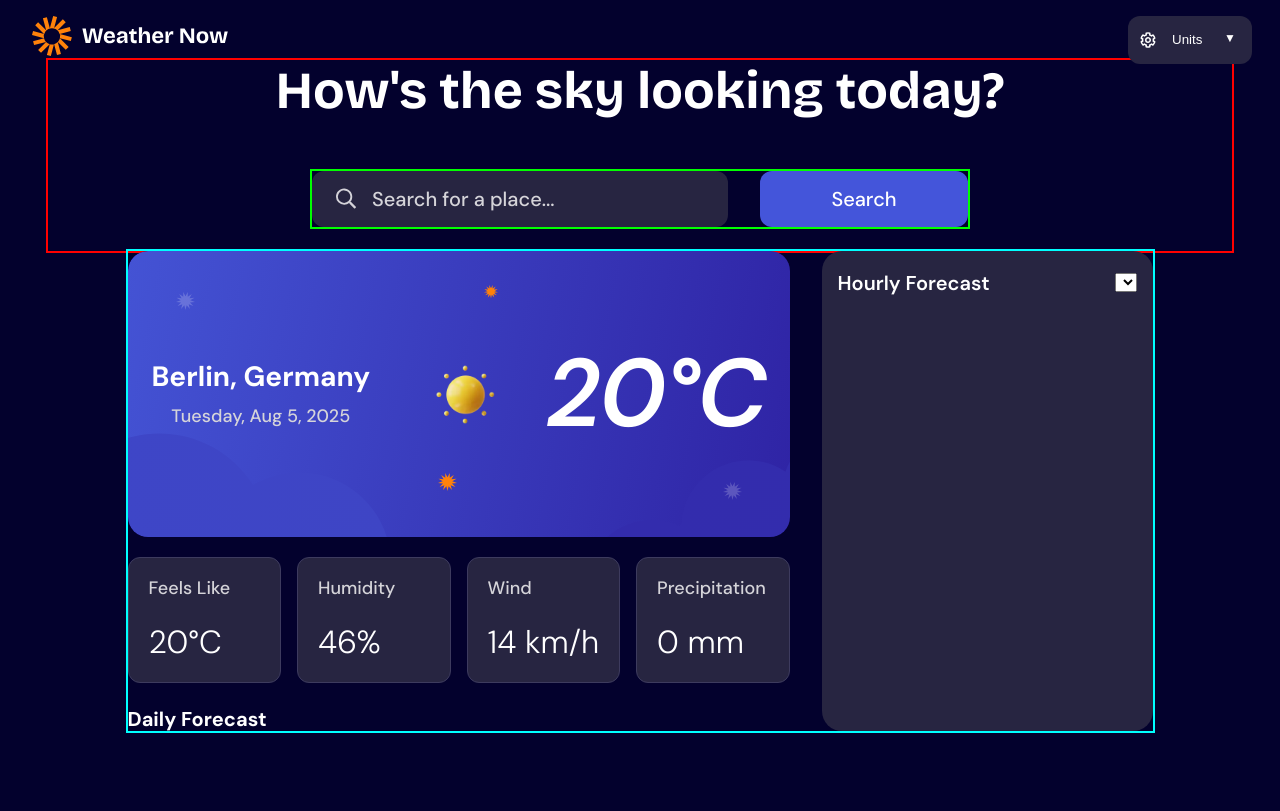
Repository: MKwaak/weather-app-main
Page: index.html
These files come from the project's save history. The page is drawn as it stood at one moment and after the next save; the edit follows.
The browser window is 1280 px wide. The pictures show the whole page.
The page's requests for data from a server got no answer.

Above is the page before, as saved 2026-01-27 00:08:06.

### index.html
<!doctype html>
<html lang="en">
  <head>
    <meta charset="UTF-8" />
    <meta name="viewport" content="width=device-width, initial-scale=1.0" />
    <!-- displays site properly based on user's device -->

    <link
      rel="icon"
      type="image/png"
      sizes="32x32"
      href="/assets/images/favicon-32x32.png"
    />

    <title>Frontend Mentor | Weather app</title>
    <link rel="stylesheet" href="/style.css" />
    <script src="/script.js" defer></script>

    <!-- Feel free to remove these styles or customise in your own stylesheet 👍 -->
    <style>
      .attribution {
        font-size: 11px;
        text-align: center;
      }
      .attribution a {
        color: hsl(228, 45%, 44%);
      }
    </style>
  </head>
  <body>
    <a href="#main" class="skip-link visually-hidden">skip to main content</a>

    <header class="header wrapper">
      <div class="header__content">
        <a class="header__homelink" href="/">
          <img
            class="header__logo"
            src="/assets/images/logo.svg"
            alt="Weather Now Home"
            width="197"
            height="40"
          />
        </a>

        <div class="header__units">
          <label for="ddlUnits" class="visually-hidden"
            >Temperature units</label
          >

          <div class="header__select">
            <select class="header__dropdown" name="units" id="ddlUnits">
              <option value="">Units</option>
              <option value="C">Celsius</option>
              <option value="F">Fahrenheit</option>
            </select>
          </div>
        </div>
      </div>
    </header>

    <main id="main" class="main wrapper">
      <section class="hero">
        <div class="hero__content">
          <h1 class="hero__title">How's the sky looking today?</h1>

          <form class="hero__search">
            <label for="search" class="visually-hidden">Search Location</label>
            <input
              type="text"
              id="search"
              class="hero__textbox"
              placeholder="Search for a place..."
            />
            <button class="hero__button" type="submit">Search</button>
          </form>
        </div>
      </section>

      <div class="dashboard">
        <section class="current">
          <h2 class="visually-hidden">Current Location Temperature</h2>

          <div class="current__content">
            <div class="current__weather">
              <div class="current__location">
                <div id="divCityCountry" class="current__city">
                  Berlin, Germany
                </div>
                <div id="divCurrentDate" class="current__date">
                  Tuesday, Aug 5, 2025
                </div>
              </div>

              <div class="current__info">
                <img
                  class="current__icon"
                  src="/assets/images/icon-sunny.webp"
                  alt=""
                  width="320"
                  height="320"
                />
                <div id="divCurrentTemp" class="current__temp">
                  <span>20</span>°C
                </div>
              </div>
            </div>

            <div class="current__conditions">
              <div class="block current__condition">
                <p class="current__condition-title">Feels Like</p>
                <p id="feels-like" class="current__condition-value">20°C</p>
              </div>

              <div class="block current__condition">
                <p class="current__condition-title">Humidity</p>
                <p id="humidity" class="current__condition-value">46%</p>
              </div>

              <div class="block current__condition">
                <p class="current__condition-title">Wind</p>
                <p id="wind" class="current__condition-value">14 km/h</p>
              </div>

              <div class="block current__condition">
                <p class="current__condition-title">Precipitation</p>
                <p id="precipitation" class="current__condition-value">0 mm</p>
              </div>
            </div>
          </div>
        </section>

        <section class="daily">
          <h2 class="section__title daily__title">Daily Forecast</h2>
          <div class="daily__forecast" id="dailyForecast"></div>
        </section>

        <section class="hourly">
          <div class="hourly__content">
            <div class="hourly__header">
              <h2 class="section__title hourly__title">Hourly Forecast</h2>
              <label for="hourlyDay" class="visually-hidden">Select day</label>
              <select
                name="hourly-day"
                id="hourlyDay"
                class="hourly__timeframe-select"
              >
                <!-- JS will inject current day -->
              </select>
            </div>

            <div class="hourly__hours" id="hourlyForecast">
              <!-- JS will inject hourly blocks here -->
            </div>
          </div>
        </section>
      </div>
    </main>
  </body>
</html>

### style.css
@layer global {
  /* dm-sans-300 - latin */
  @font-face {
    font-display: swap; /* Check https://developer.mozilla.org/en-US/docs/Web/CSS/@font-face/font-display for other options. */
    font-family: "DM Sans";
    font-style: normal;
    font-weight: 300;
    src: url("/assets/fonts/dm-sans-v17-latin-300.woff2") format("woff2"); /* Fixed path */
  }
  /* dm-sans-500 - latin */
  @font-face {
    font-display: swap; /* Check https://developer.mozilla.org/en-US/docs/Web/CSS/@font-face/font-display for other options. */
    font-family: "DM Sans";
    font-style: normal;
    font-weight: 500;
    src: url("/assets/fonts/dm-sans-v17-latin-500.woff2") format("woff2"); /* Fixed path */
  }
  /* dm-sans-600 - latin */
  @font-face {
    font-display: swap; /* Check https://developer.mozilla.org/en-US/docs/Web/CSS/@font-face/font-display for other options. */
    font-family: "DM Sans";
    font-style: normal;
    font-weight: 600;
    src: url("/assets/fonts/dm-sans-v17-latin-600.woff2") format("woff2"); /* Fixed path */
  }
  /* dm-sans-600italic - latin */
  @font-face {
    font-display: swap; /* Check https://developer.mozilla.org/en-US/docs/Web/CSS/@font-face/font-display for other options. */
    font-family: "DM Sans";
    font-style: italic;
    font-weight: 600;
    src: url("/assets/fonts/dm-sans-v17-latin-600italic.woff2") format("woff2"); /* Fixed path */
  }
  /* dm-sans-700 - latin */
  @font-face {
    font-display: swap; /* Check https://developer.mozilla.org/en-US/docs/Web/CSS/@font-face/font-display for other options. */
    font-family: "DM Sans";
    font-style: normal;
    font-weight: 700;
    src: url("/assets/fonts/dm-sans-v17-latin-700.woff2") format("woff2"); /* Fixed path */
  }

  /* bricolage-grotesque-regular - latin */
  @font-face {
    font-display: swap; /* Check https://developer.mozilla.org/en-US/docs/Web/CSS/@font-face/font-display for other options. */
    font-family: "Bricolage Grotesque";
    font-style: normal;
    font-weight: 400;
    src: url("/assets/fonts/bricolage-grotesque-v9-latin-regular.woff2")
      format("woff2"); /* Fixed path */
  }
  /* bricolage-grotesque-700 - latin */
  @font-face {
    font-display: swap; /* Check https://developer.mozilla.org/en-US/docs/Web/CSS/@font-face/font-display for other options. */
    font-family: "Bricolage Grotesque";
    font-style: normal;
    font-weight: 700;
    src: url("/assets/fonts/bricolage-grotesque-v9-latin-700.woff2")
      format("woff2"); /* Fixed path */
  }

  :root {
    --c-neutral-900: hsl(243, 96%, 9%);
    --c-neutral-800: hsl(243, 27%, 20%);
    --c-neutral-700: hsl(243, 23%, 24%);
    --c-neutral-600: hsl(243, 23%, 30%);
    --c-neutral-300: hsl(240, 6%, 70%);
    --c-neutral-200: hsl(250, 6%, 84%);
    --c-neutral-0: hsl(0, 0%, 100%);
    --c-orange-500: hsl(28, 100%, 52%);
    --c-blue-500: hsl(233, 67%, 56%);
    --c-blue-700: hsl(248, 70%, 36%);

    --color-main-bg: var(--c-neutral-900);
    --color-panel-bg-dark: var(--c-neutral-800);
    --color-panel-bg-dark-hover: var(--c-neutral-700);
    --color-panel-bg-medium: var(--c-neutral-700);
    --color-panel-bg-light: var(--c-neutral-600);
    --color-panel-border: var(--c-neutral-600);
    --color-text-light: var(--c-neutral-0);
    --color-text-med-light: var(--c-neutral-200);
    --color-button-bg: var(--c-blue-500);
    --color-button-bg-hover: var(--c-blue-700);

    --fs-96: calc(96 / 16 * 1rem);
    --fs-52: calc(52 / 16 * 1rem);
    --fs-32: calc(32 / 16 * 1rem);
    --fs-28: calc(28 / 16 * 1rem);
    --fs-20: calc(20 / 16 * 1rem);
    --fs-18: calc(18 / 16 * 1rem);
    --fs-16: calc(16 / 16 * 1rem);
    --fs-14: calc(14 / 16 * 1rem);

    --font-size-h1: var(--fs-52);
    --font-size-dropdown: var(--fs-14);
    --font-size-search: var(--fs-20);
    --font-size-city: var(--fs-28);
    --font-size-date: var(--fs-18);
    --font-size-temp: var(--fs-96);
    --font-size-panel-title: var(--fs-18);
    --font-size-panel-value: var(--fs-32);
    --font-size-forecast-title: var(--fs-20);
    --font-size-forecast-day: var(--fs-18);
    --font-size-forecast-temp: var(--fs-16);
    --font-size-forecast-dropdown: var(--fs-16);
    --font-size-forecast-hour: var(--fs-20);

    @media (width >= calc(700 / 16 * 1rem)) {
      --font-size-dropdown: var(--fs-16);
    }

    --color-white: hsl(0, 0%, 100%);
    --color-light-blue: hsl(223, 64%, 98%);
    --color-light-grayish-blue: hsl(223, 23%, 93%);
    --color-dark-grayish-blue: hsl(219, 14%, 63%);
    --color-very-dark-blue: hsl(218, 23%, 16%);
    --font-family-primary: "DM Sans", sans-serif; /* Removed duplicate */
    --font-family-secondary:
      "Bricolage Grotesque", sans-serif; /* Removed duplicate */
  }

  *,
  *::before,
  *::after {
    box-sizing: border-box;
  }
  * {
    margin: 0;
  }

  img {
    max-width: 100%;
  }

  body {
    font-family: "DM Sans", Arial, Helvetica, sans-serif;
    font-weight: 500;
    background-color: var(--color-main-bg);
    color: var(--color-text-light);
    line-height: 1.2;
    padding-block-end: 80px;
  }

  h1 {
    font-family: "Bricolage Grotesque", Arial, Helvetica, sans-serif;
  }

  input,
  button,
  textarea {
    font: inherit;
    width: 100%;
    border: none;
  }

  .wrapper {
    display: grid;
    grid-template-columns: 1fr calc(100% - 32px) 1fr;

    @media (width >= calc(700 / 16 * 1rem)) {
      grid-template-columns:
        1fr min(calc(100% - 48px), calc(1216 / 16 * 1rem))
        1fr; /* Fixed placeholder */
    }

    > * {
      grid-column: 2;
    }
  } /* Added missing closing brace for @layer global */

  .visually-hidden {
    position: absolute;
    left: -10000px;
    top: auto;
    width: 1px;
    height: 1px;
    overflow: hidden;
  }

  .main {
    width: 100%;
    max-width: 1280px; /* pick a number and stick to it */
    margin-inline: auto;
    padding-inline: 24px;
  }

  .dashboard {
    display: grid;
    gap: 32px;
    grid-template-areas:
      "current"
      "daily"
      "hourly";
    @media (width >= calc(1000 / 16 * 1rem )) {
      gap: 48px 32px;
      grid-template-columns: 2fr 1fr;
      grid-template-areas:
        "current current hourly"
        "daily daily hourly";
    }
  }

  .block {
    background-color: var(--color-panel-bg-dark);
    border: 1px solid var(--color-panel-border);
    border-radius: 12px;
  }

  .visually-hidden {
    position: absolute !important;
    width: 1px;
    height: 1px;
    padding: 0;
    margin: -1px;
    overflow: hidden;
    clip: rect(0, 0, 0, 0);
    clip-path: inset(50%);
    white-space: nowrap;
    border: 0;
  }

  .skip-link:focus {
    position: absolute;
    left: 16px;
    right: 16px;
    width: auto;
    height: auto;
    margin: 0;
    clip-path: none;
    white-space: normal;
    background-color: var(--color-main-bg);
    color: var(--color-text-light);
    padding: 10px 14px;
    z-index: 1000;
  }
}

@layer component {
  .header {
    .header__content {
      display: flex;
      align-items: center;
      justify-content: space-between;
      padding-block-start: 16px;
    }

    .header__homelink {
    }
    .header__logo {
      width: calc(137 / 16 * 1rem);

      @media screen and (width >= calc(700 / 16 * 1rem)) {
        width: calc(197 / 16 * 1rem);
      }
    }

    .header__select {
      position: relative;
      width: 120px;
      height: 44px;
      overflow: visible; /* important for debugging */
    }

    .header__select::after {
      content: "▼";
      position: absolute;
      right: 12px;
      top: 50%;
      transform: translateY(-50%);
      font-size: 12px;
      color: white;
      pointer-events: none;
    }

    .header__dropdown {
      /*background-image: url("/assets/images/icon-units.svg"); This line is in HTML */
      appearance: none;
      -webkit-appearance: none;
      -moz-appearance: none;

      height: 48px;
      padding: 0 1rem 0 2.75rem;
      line-height: 48px;

      background-color: var(--color-panel-bg-dark);
      background-image: url("/assets/images/icon-units.svg");
      background-repeat: no-repeat;
      background-position: 0.75rem center;
      background-size: 16px;

      color: var(--color-text-light);
      border: none;
      border-radius: 12px;
      cursor: pointer;
    }
  }

  .hero {
    .hero__content {
      display: grid;
      width: 100%;
      max-width: 1200px; /* Match dit met de max-width van je dashboard */
      margin: 0 auto;
      padding-inline: 0; /* Verwijder padding die de search-bar kan inklemmen */
    }
    .hero__title {
      font-size: var(--font-size-h1);
      margin-block-end: 48px;
      text-align: center;
      line-height: 1.2;

      @media (width < calc(1000 / 16 * 1rem)) {
        max-width: 15ch;
      }
    }

    /* Hero search container */
    .hero__search {
      display: grid;
      grid-template-columns: 1fr; /* Mobiel: alles onder elkaar */
      gap: 16px;

      width: 100%;
      max-width: 1200px; /* DIT zorgt voor de uitlijning met het dashboard */
      margin-inline: auto; /* DIT zorgt dat de zoekbalk netjes in het midden blijft staan */

      @media (min-width: calc(1000 / 16 * 1rem)) {
        /* Laptop: exact dezelfde kolommen en gap als je dashboard */
        grid-template-columns: 2fr 1fr;
        gap: 32px;
        align-items: stretch;
      }
    }

    /* Input box */
    .hero__textbox {
      appearance: none;
      -webkit-appearance: none;

      background-color: var(--color-panel-bg-dark);
      background-image: url("/assets/images/icon-search.svg");
      background-repeat: no-repeat;
      background-position: 24px center;
      color: var(--color-text-light);
      font-size: var(--font-size-search);
      padding: 16px 20px 16px 60px;
      border: none;
      border-radius: 12px;
      width: 100%; /* fill available space in grid */
      box-sizing: border-box; /* include padding in width */
    }

    /* remove default focus outline */
    .hero__textbox:focus {
      outline: none;
    }

    /* accessible keyboard focus */
    .hero__textbox:focus-visible {
      box-shadow: 0 0 0 2px var(--color-panel-border);
    }

    /* placeholder text */
    .hero__textbox::placeholder {
      color: var(--color-text-med-light);
    }

    /* hover */
    .hero__textbox:hover {
      background-color: var(--color-panel-bg-dark-hover);
    }

    .hero__textbox:-webkit-autofill {
      -webkit-box-shadow: 0 0 0 1000px var(--color-panel-bg-dark) inset;
      -webkit-text-fill-color: var(--color-text-light);
    }

    /* Search button */
    .hero__button {
      background-color: var(--c-blue-500);
      border-radius: 12px;
      font-size: var(--font-size-search);
      color: var(--color-text-light);
      padding: 16px 24px; /* keep top/bottom padding */
      transition: background-color 120ms ease-in-out;
      height: 100%; /* match input height when side-by-side */
    }

    .hero__button:hover {
      /* Fixed nested selector */
      background-color: var(--color-button-bg-hover);
      cursor: pointer;
    }
  }

  .current {
    grid-area: current;

    .current__weather {
      display: flex;
      flex-direction: column;
      gap: 16px;
      margin-block-end: 20px;
      padding: 40px 24px;
      background-image: url(/assets/images/bg-today-small.svg);
      background-repeat: no-repeat;
      background-color: var(--c-blue-700);
      background-size: cover;
      background-position: center-bottom;
      border-radius: 20px;
      overflow: hidden;

      @media (width >= calc(700 / 16 * 1rem)) {
        flex-direction: row;
        justify-content: space-between;
        align-items: center;
        background-image: url(/assets/images/bg-today-large.svg);
        padding-block: 83px;
      }
    }

    .current__location {
      text-align: center;
    }

    .current__city {
      font-size: var(--font-size-city);
      font-weight: 700;
      margin-block-end: 12px;
    }

    .current__date {
      font-size: var(--font-size-date);
      color: var(--color-text-med-light);
    }

    .current__info {
      display: flex;
      align-items: center;
      gap: 20px;
    }

    .current__icon {
      width: 120px;
      height: auto;
    }

    .current__temp {
      font-size: var(--font-size-temp);
      line-height: 1;
      letter-spacing: -0.02em;
      font-weight: 600;
      font-style: italic;
    }

    .current__conditions {
      display: grid;
      grid-template-columns: repeat(2, 1fr);
      gap: 16px;

      @media (width >= calc(700 / 16 * 1rem)) {
        grid-template-columns: repeat(4, 1fr);
      }

      .current__condition {
        padding: 20px;
      }

      .current__condition-title {
        font-size: var(--font-size-panel-title);
        color: var(--color-text-med-light);
        margin-block-end: 24px;
      }

      .current__condition-value {
        font-size: var(--font-size-panel-value);
        font-weight: 300;
      }
    }
  }

  .daily {
    grid-area: daily;
  }

  .daily__title {
    font-size: var(--font-size-forecast-title);
  }

  .daily__forecast {
    display: grid;
    grid-template-columns: repeat(3, 1fr);
    gap: 16px;

    @media (width >= calc(700 / 16 * 1rem)) {
      grid-template-columns: repeat(7, 1fr);
    }
  }

  .daily__day {
    display: grid;
    justify-items: center;
    gap: 16px;
    padding: 16px 10px;
    text-align: center;
  }

  .daily__day-title {
    font-size: var(--font-size-forecast-day);
  }

  .daily__day-icon {
    width: 60px;
    height: auto;
  }

  .daily__day-temps {
    display: flex;
    justify-content: space-between;
    font-size: var(--font-size-forecast-temp);
    justify-self: stretch;
    /*width: 100%;*/
  }

  .daily__day-high {
  }

  .daily__day-low {
    color: var(--color-text-med-light);
  }
}

.hourly {
  grid-area: hourly;
  display: flex;
  flex-direction: column;
  height: 100%; /* 👈 allow full grid height */
  background-color: var(--color-panel-bg-dark);
  border-radius: 20px;
  padding: 20px 16px;
}

.hourly__header {
  display: flex;
  justify-content: space-between;
  align-items: center;
  margin-block-end: 16px;
}

.hourly__title {
  font-size: var(--font-size-forecast-title);
  font-weight: 600;
}

.hourly__select {
}

.hourly__select-day {
}

/* Hourly container */
.hourly__hours {
  flex: 1; /* fill remaining height of .hourly */
  display: flex;
  flex-direction: column; /* stack vertically */
  gap: 12px; /* spacing between hour blocks */
  overflow-y: auto; /* scroll if too many hours */
  padding-right: 4px; /* optional for scrollbar spacing */
}

/* Hourly blocks */
.hourly__hour {
  display: grid;
  grid-template-columns: auto 1fr auto; /* icon | time | temp */
  align-items: center;
  padding: 12px 16px; /* slightly bigger padding for height */
  background-color: var(--color-panel-bg-medium);
  border: 1px solid var(--color-panel-border);
  border-radius: 8px;

  flex: 1 1 0; /* 👈 make each hour block grow equally */
  min-height: 60px; /* optional, keeps them readable */
}

.hourly__hour-icon {
  width: 32px;
  height: 32px;
}

.hourly__hour-time {
  text-align: left;
}

.hourly__hour-temp {
  text-align: right;
}

/* Highlight current hour */
.hourly__hour.current {
  border: 2px solid var(--color-accent);
  background-color: var(--color-panel-bg-light);
}

/* Dashboard wrapper */
.dashboard {
  display: grid;
  row-gap: 24px; /* vertical spacing between panels */
  column-gap: 32px; /* horizontal spacing between columns */
  max-width: 1200px; /* ✅ keeps dashboard centered and not full-width */
  margin: 0 auto; /* center horizontally */
  grid-template-areas:
    "current"
    "daily"
    "hourly";
}

@media (width >= calc(1000 / 16 * 1rem)) {
  .dashboard {
    grid-template-columns: 2fr 1fr; /* left = daily/current, right = hourly */
    grid-template-areas:
      "current hourly"
      "daily   hourly";
  }
}

/* Hero search tweaks */
.hero__search {
  max-width: calc(656 / 16 * 1rem);
  margin: 0 auto 24px auto; /* center horizontally + gap below */
}
.hero__content {
  outline: 2px solid red !important;
}
.hero__search {
  outline: 2px solid lime !important;
}
.dashboard {
  outline: 2px solid cyan !important;
}

Loaded but not shown: script.js (391 lines, source omitted)

After the next save:
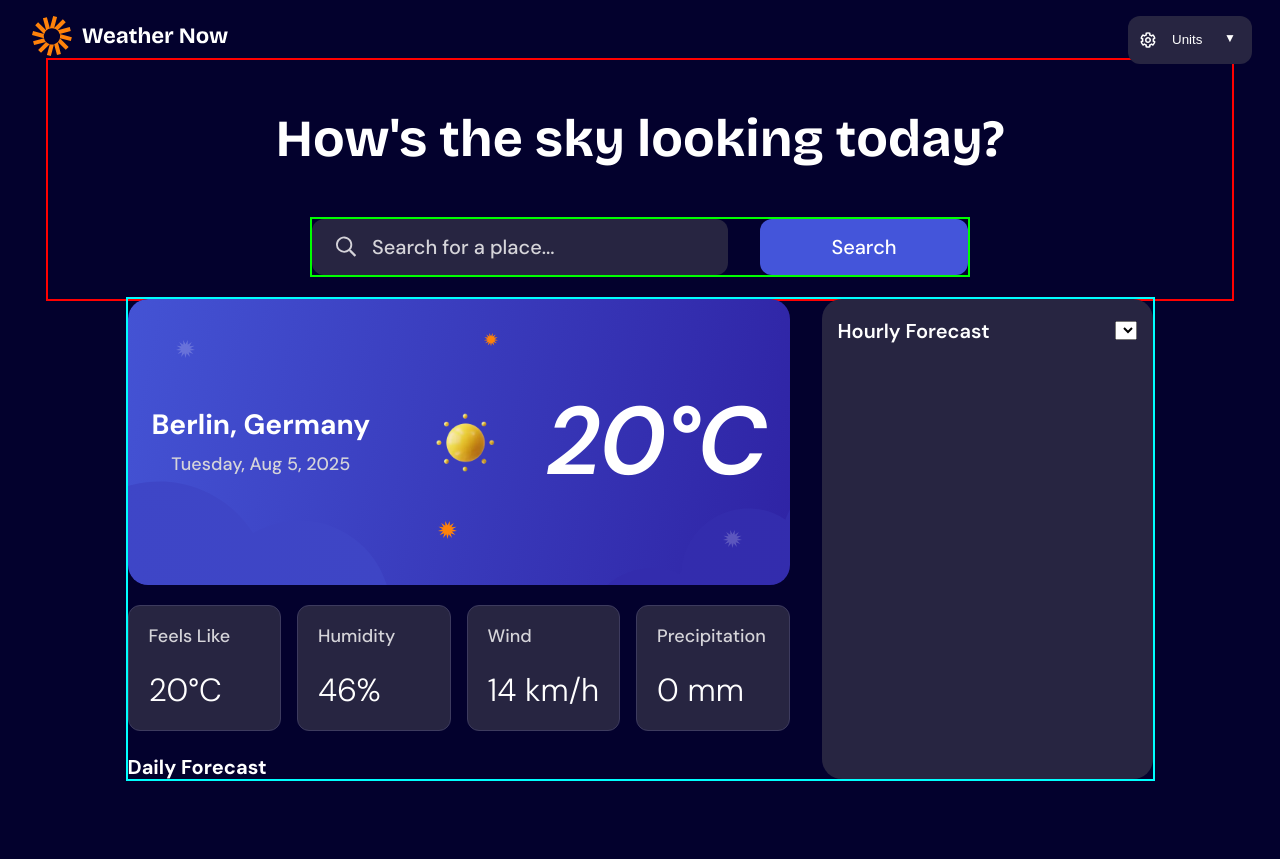
Saved 12 min 11 s later.
--- a/style.css
+++ b/style.css
@@ -298,11 +298,11 @@
   .hero {
     .hero__content {
       display: grid;
+      justify-items: stretch; /* Dwingt kinderen om breedte te pakken */
+      padding-block-start: 48px;
       width: 100%;
-      max-width: 1200px; /* Match dit met de max-width van je dashboard */
-      margin: 0 auto;
-      padding-inline: 0; /* Verwijder padding die de search-bar kan inklemmen */
-    }
+    }
+
     .hero__title {
       font-size: var(--font-size-h1);
       margin-block-end: 48px;
@@ -319,7 +319,6 @@
       display: grid;
       grid-template-columns: 1fr; /* Mobiel: alles onder elkaar */
       gap: 16px;
-
       width: 100%;
       max-width: 1200px; /* DIT zorgt voor de uitlijning met het dashboard */
       margin-inline: auto; /* DIT zorgt dat de zoekbalk netjes in het midden blijft staan */
@@ -328,7 +327,7 @@
         /* Laptop: exact dezelfde kolommen en gap als je dashboard */
         grid-template-columns: 2fr 1fr;
         gap: 32px;
-        align-items: stretch;
+        align-items: center;
       }
     }
 
